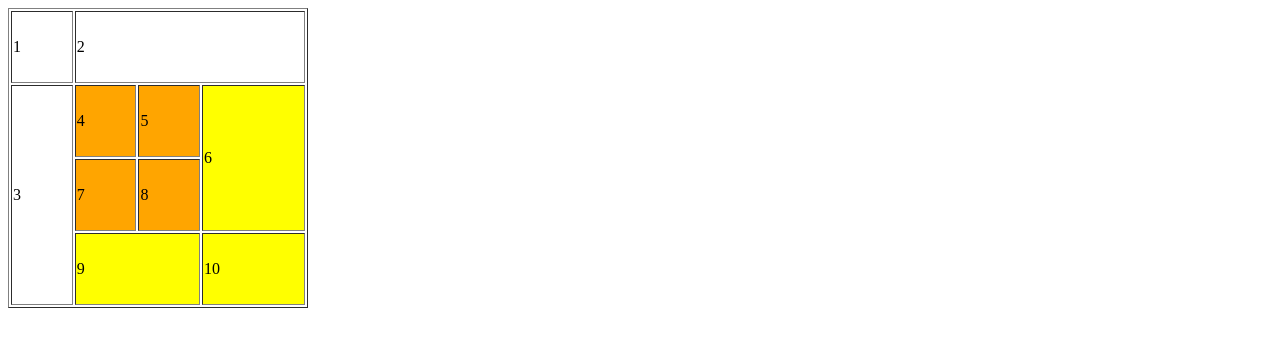
Repository: PhamChiXuan1/HTCNW_tuan3_DHCNTT16C_PhamChiXuan_20030131
Page: bt6.html
These files come from the project's save history. The page is drawn as it stood at one moment and after the next save; the edit follows.
The browser window is 1280 px wide. The pictures show the whole page.

Above is the page before, as saved 2022-02-26 22:33:48.

After the next save:
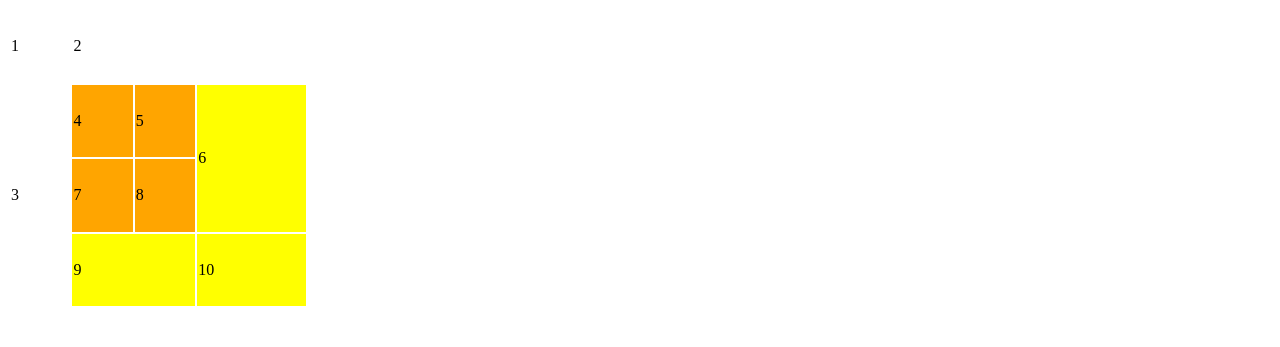
Saved 39 s later.
--- a/bt6.html
+++ b/bt6.html
@@ -7,7 +7,7 @@
     <title>Document</title>
 </head>
 <body>
-    <table border="1" width="300px" height="300">
+    <table  width="300px" height="300">
       <tr>
         <td>1</td>
         <td colspan="3">2</td>

After the save that followed:
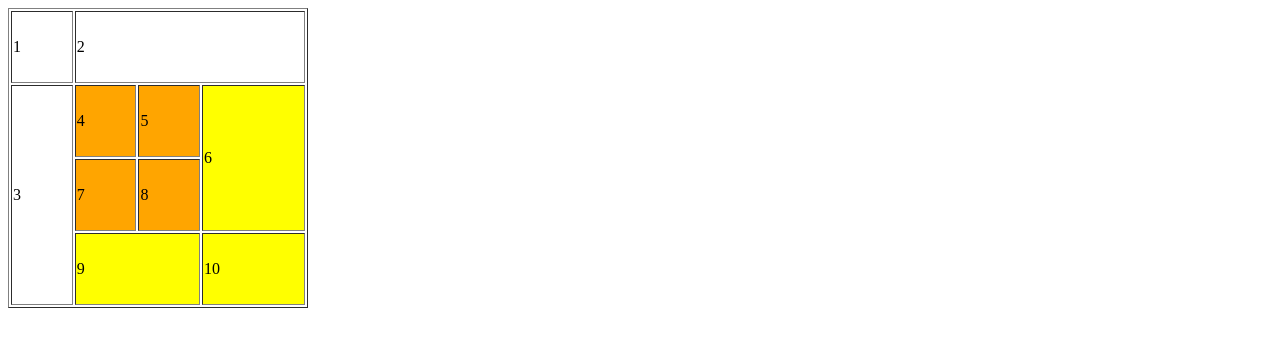
Saved 38 s later.
--- a/bt6.html
+++ b/bt6.html
@@ -7,7 +7,7 @@
     <title>Document</title>
 </head>
 <body>
-    <table  width="300px" height="300">
+    <table border="1" width="300px" height="300">
       <tr>
         <td>1</td>
         <td colspan="3">2</td>
